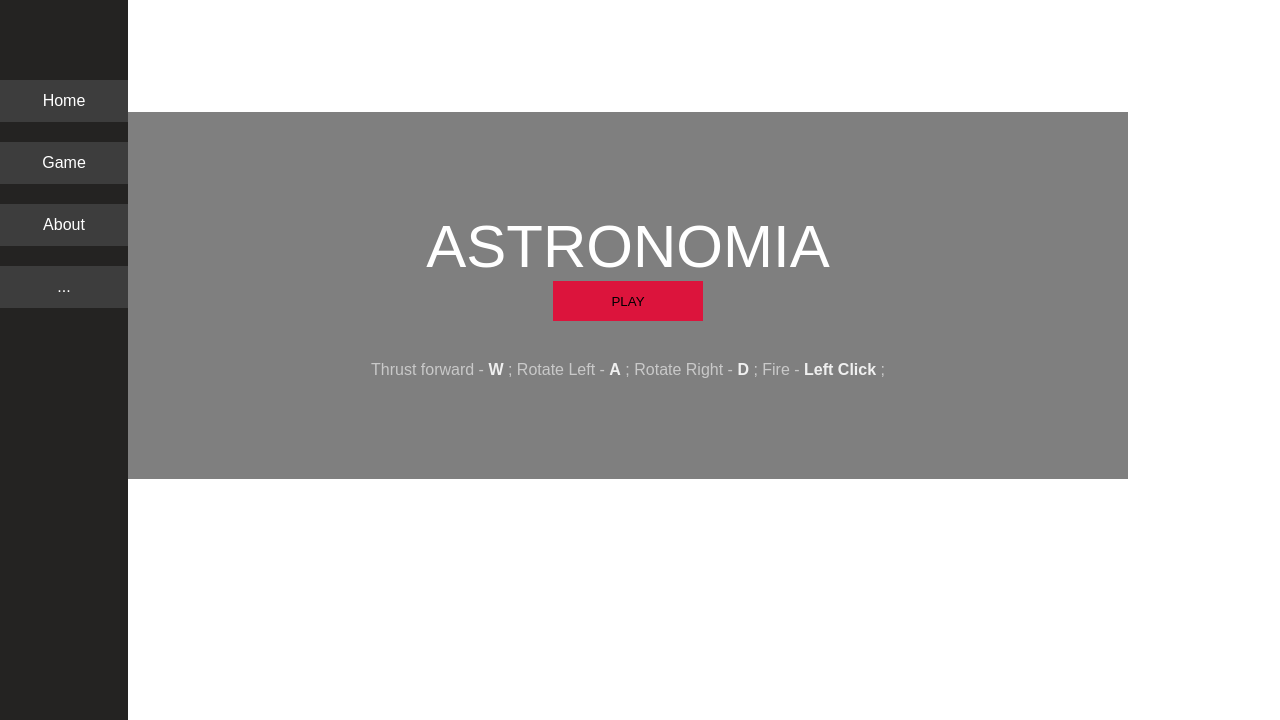
Repository: LaukiniXs/astronomia
Page: index.html
An editor plug-in stored every save of this project. The page is shown before and after the next save, followed by the edit.
The browser window is 1280 px wide. The pictures show the whole page.

Above is the page before, as saved 2020-05-18 13:43:16.
Not found: index.ts

### index.html
<html>
	<head>
	<meta charset="UTF-8">
		<title>Fully fledged page</title>
			<link rel="stylesheet" type="text/css" href="style.css">

	</head>
	<body>
		<div id="sidebar">
		<button class="button" style="height:42px; margin-top: 80px;"><a href="">Home</a></button>
		<button class="button" style="height:42px;"><a href="">Game</a></button>
		<button class="button" style="height:42px;"><a href="">About</a></button>
		<button class="button" style="height:42px;"><a href="">...</a></button>
		</div>
		<div id="clearFloat"></div>
		<div id="gamediv">
			<div id="splash">
				<p id="title">ASTRONOMIA</p>
				<button id="play-btn">PLAY</button>
				<p id="controls"> Thrust forward - <span class="controlBtn">W</span> ;
					Rotate Left - <span class="controlBtn">A</span> ;
					Rotate Right - <span class="controlBtn">D</span> ;
					Fire - <span class="controlBtn">Left Click</span> ;</p>
			</div>
			<div class="clearFloat"></div>
			<div id="gameover">
				<p id="gameoverText">Game Over</p>
				<p id="tip">Refresh the page to try again</p>
			</div>
			<div id="log"></div>
			<audio id="backgroundMusic" src="./audio/backgroundMusic.mp3" preload loop></audio>
			<script id="game" src="./index.ts"></script>
		</div>
	</body>

</html>

### style.css
* {
    margin: 0px;
    padding: 0px;
    font-family: Arial, Helvetica, sans-serif;
}
#sidebar {
    float: left;
    background-color:#242322;
    width: 10%;
    height: 100%;
}
.button {
  float: left;
    border: 0;
    background: #3d3d3d;
    color: white;
    font-family: Arial, Helvetica, sans-serif;
    font-size: 16px;
    line-height: 18px;
    white-space: nowrap;
    text-decoration: none;
    width: 100%;
    margin: 10px 0;
    cursor: pointer;
  }
  .floatRight{
    float: right;

  }
  .clearFloat{
    clear: both;
  }
  a {
   text-decoration: none;
    color: white;
  }
  #contents{
    word-wrap: break-word;
    float: left;
    width: 40%;
    height: 100%;
    background-color: violet;
  }
  .contentText{
    margin: 50px 10px;
    font-size: 20px;
  }
  #splash {
    float: left;
    z-index: 10;
    position: absolute;
    background: rgba(0, 0, 0, 0.5);
    width: 1000px;
    padding: 100px 0;
    text-align: center;
}

#play-btn {
    width: 150px;
    height: 40px;
    background-color: crimson;
    border: 0px;
}

#title {
    color: white;
    font-size: 60px;
    font-family: Arial, Helvetica, sans-serif;
}

#controls {
    color: #c9c9c9;
    font-family: Arial, Helvetica, sans-serif;
    padding-top: 40px;
}

.controlBtn {
    font-weight: bold;
    color: #f0f0f0;
}

#gameover {
  float: left;
  width: 1000px;
  height: 580px;
    display: none;
    color: white;
    position: absolute;
    background: rgba(0, 0, 0, 0.5);
    width: 1000px;
    text-align: center;
    font-size: 60px;
    font-family: Arial, Helvetica, sans-serif;
}
#tip{
    font-size: 20px;
    font-family: Arial, Helvetica, sans-serif;
}
#game{
  margin-top: 30px;
  float: left;
}
#gamediv{
  margin-top: 12px;
float: left;
}
#log{
  float: left;
}
#gameoverText{
  margin-top: 200px;

}
#splash{
  margin-top: 100px;
}

After the next save:
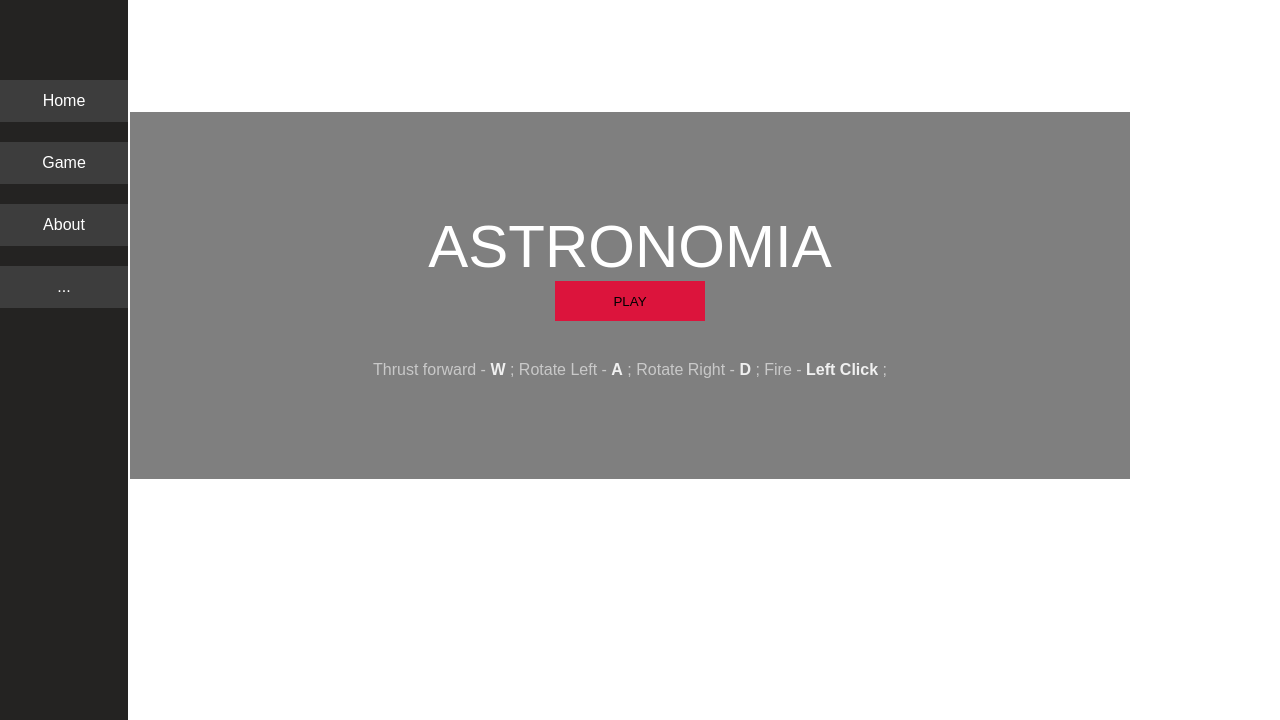
Saved 2 min 31 s later.
--- a/style.css
+++ b/style.css
@@ -47,6 +47,7 @@
   }
   #splash {
     float: left;
+    margin: 0 2px;
     z-index: 10;
     position: absolute;
     background: rgba(0, 0, 0, 0.5);
